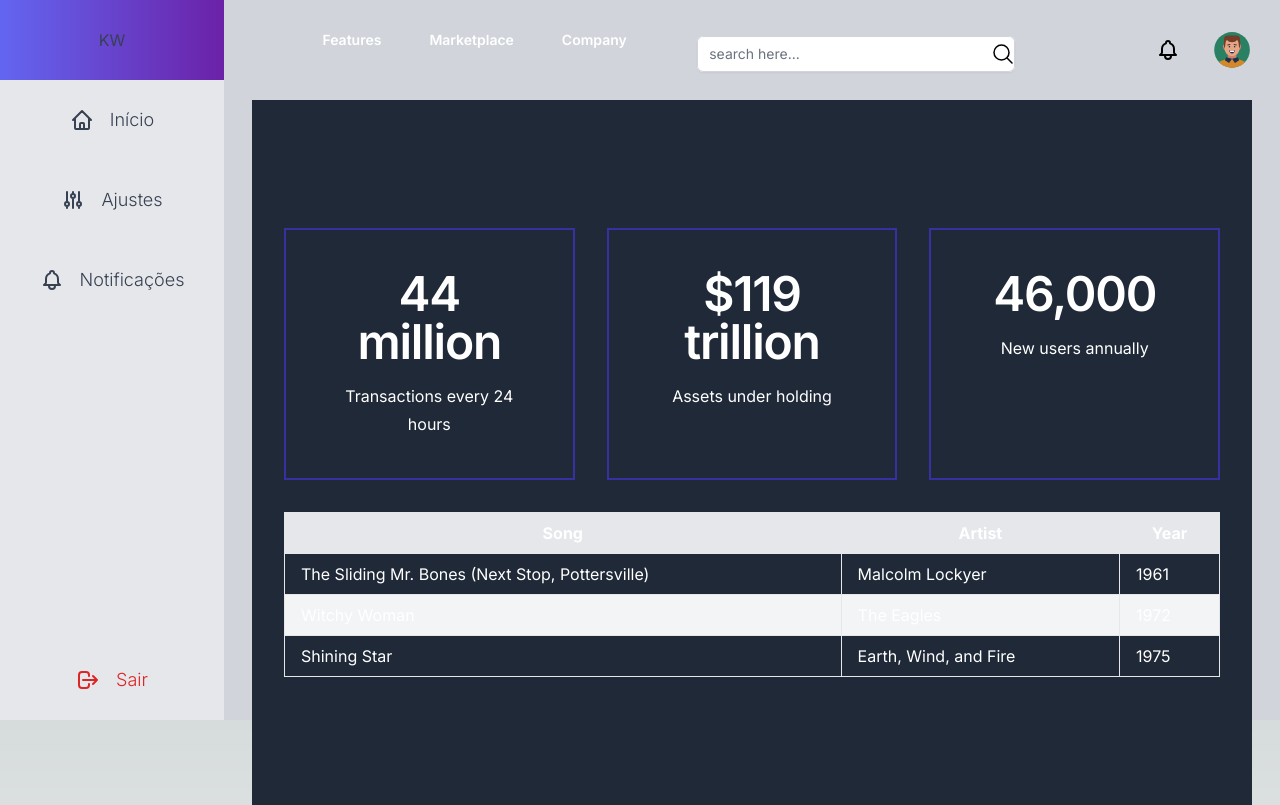
Repository: KennedyWanderson/AdminDashboard
Page: / (app in Code/admindashboard/)
An editor plug-in stored every save of this project. The page is shown before and after the next save, followed by the edit.
The browser window is 1280 px wide. The pictures show the whole page.
The project was rebuilt for these pictures with package versions that can differ from the ones it lists, and the page was loaded fresh each time. The framework's server and built-in components were replaced by stand-ins that run in the browser. Also part of the build but not shown: Code/admindashboard/next.config.mjs.

Above is the page before, as saved 2024-06-23 15:53:16.

### Code/admindashboard/src/app/layout.js
import { Inter } from "next/font/google";
import "./globals.css";

const inter = Inter({ subsets: ["latin"] });

export const metadata = {
  title: "Admin Dashboard",
  description: "Generated by Kennedy Wanderson",
};

export default function RootLayout({ children }) {
  return (
    <html lang="en">
      <body className={inter.className}>{children}</body>
    </html>
  );
}

### Code/admindashboard/src/app/page.js
import Layout from "@/components/Layout";

export default function Home() {
  return (
    <Layout>
      Content
    </Layout>
  )
}

### Code/admindashboard/src/components/Layout.jsx
"use client";

import { useState } from "react";
import Content from "./Content";
import Header from "./Header";
import LateralMenu from "./LateralMenu";
import HomePage from "./Home";


export default function Layout() {
    const [activeComponent, setActiveComponent] = useState("HomePage");

    const renderActiveComponent = () => {
        switch (activeComponent) {
            case "HomePage":
                return <HomePage />;
            default:
                return <HomePage />;
        }
    };

    return (
        <div className={`flex h-screen w-screen`}>
            <LateralMenu setActiveComponent={setActiveComponent} />
            <div className={`
                flex flex-col w-full p-7
                bg-gray-300 dark:bg-gray-800
            `}>
                <Header />
                <Content>
                    {renderActiveComponent()}
                </Content>
            </div>
        </div>
    );
}

### Code/admindashboard/src/components/Content.jsx
export default function Content({ children }) {
    return (
        <div className={`
            flex flex-col mt-7
            dark:text-gray-200
        `}>
            {children}
        </div>
    );
}

### Code/admindashboard/src/components/Header.jsx
import AvatarUsuario from "./UserAvatar";
import { IconeSearch, IconeSino } from "./icons";

export default function Header({ titulo, subtitulo }) {


    return (
        <div className={`flex`}>
            <div>
                <h1 className={`
                font-black text-3xl
                text-gray-900 dark:text-gray-100
            `}>
                    {titulo}
                </h1>
                <h2 className={`
                font-light text-sm
                dark:text-gray-300
            `}>
                    {subtitulo}
                </h2>
            </div>
            <header className="flex flex-grow justify-center text-white">
                <nav className=" justify-center" aria-label="Global">

                    <div className="hidden lg:flex lg:gap-x-12">

                        <a href="#" className="text-sm font-semibold leading-6 text-white">Features</a>
                        <a href="#" className="text-sm font-semibold leading-6 text-white">Marketplace</a>
                        <a href="#" className="text-sm font-semibold leading-6 text-white">Company</a>
                    </div>


                </nav>

            </header>
            <div>
                <div className="relative mt-2 rounded-md shadow-sm">
                    <div className="pointer-events-none absolute inset-y-0 left-0 flex items-center pl-3">
                        <span className="text-gray-500 sm:text-sm">search here...</span>
                    </div>
                    <input type="text" name="search" id="search" className="block w-full rounded-md border-0 py-1.5 pl-7 pr-20 text-gray-900 ring-1 ring-inset ring-gray-300 placeholder:text-gray-400 focus:ring-2 focus:ring-inset focus:ring-indigo-600 sm:text-sm sm:leading-6" />
                    <div className="absolute inset-y-0 right-0 flex items-center">
                        {IconeSearch}
                    </div>
                </div>
            </div>

            <div className={`flex flex-grow justify-end items-center gap-8`}>

                {IconeSino}
                <AvatarUsuario />
            </div>
        </div>
    )
}

### Code/admindashboard/src/components/LateralMenu.jsx
"use client";

import MenuItem from "./ItemMenu";
import { IconeAjustes, IconeCasa, IconeSair, IconeSino } from "./icons";

export default function LateralMenu({ setActiveComponent }) {
    return (
        <aside className={`
            flex flex-col items-center
            bg-gray-200 text-gray-700
            dark:bg-gray-900
        `}>
            <div className={`
                flex flex-col items-center justify-center
                bg-gradient-to-r from-indigo-500 to-purple-800
                h-20 w-56
            `}>
                KW
            </div>
            <ul className="flex-grow">
                <MenuItem
                    texto="Início"
                    icone={IconeCasa}
                    onClick={() => setActiveComponent('HomePage')}
                />
                <MenuItem
                    texto="Ajustes"
                    icone={IconeAjustes}
                    onClick={() => setActiveComponent('Ajustes')}
                />
                <MenuItem
                    texto="Notificações"
                    icone={IconeSino}
                    onClick={() => setActiveComponent('Notificacoes')}
                />
            </ul>
            <ul>
                <MenuItem
                    texto="Sair"
                    icone={IconeSair}
                    className={`
                        text-red-600 dark:text-red-400
                        hover:bg-red-400 hover:text-white
                        dark:hover:text-white
                    `}
                />
            </ul>
        </aside>
    );
}

### Code/admindashboard/src/components/Home.jsx
export default function HomePage() {
    return (
        <div className="py-24 sm:py-32 bg-gray-800">
            <div className="mx-auto max-w-7xl px-6 lg:px-8">
                <dl className="grid grid-cols-1 gap-x-8 gap-y-16 text-center lg:grid-cols-3">
                    <div className="mx-auto flex max-w-xs flex-col w-full border-2 p-10 border-indigo-800 gap-y-4">
                        <dt className="text-base leading-7 text-white">Transactions every 24 hours</dt>
                        <dd className="order-first text-3xl font-semibold tracking-tight text-white sm:text-5xl">44 million</dd>
                    </div>
                    <div className="mx-auto flex max-w-xs flex-col w-full border-2 p-10 border-indigo-800 gap-y-4">
                        <dt className="text-base leading-7 text-white">Assets under holding</dt>
                        <dd className="order-first text-3xl font-semibold tracking-tight text-white sm:text-5xl">$119 trillion</dd>
                    </div>
                    <div className="mx-auto flex max-w-xs flex-col w-full border-2 p-10 border-indigo-800 gap-y-4">
                        <dt className="text-base leading-7 text-white">New users annually</dt>
                        <dd className="order-first text-3xl font-semibold tracking-tight text-white sm:text-5xl">46,000</dd>
                    </div>
                </dl>

                <table className="table-auto w-full mt-8 text-white">
                    <thead>
                        <tr className="bg-gray-200">
                            <th className="px-4 py-2 border">Song</th>
                            <th className="px-4 py-2 border">Artist</th>
                            <th className="px-4 py-2 border">Year</th>
                        </tr>
                    </thead>
                    <tbody>
                        <tr className="even:bg-gray-100">
                            <td className="px-4 py-2 border">The Sliding Mr. Bones (Next Stop, Pottersville)</td>
                            <td className="px-4 py-2 border">Malcolm Lockyer</td>
                            <td className="px-4 py-2 border">1961</td>
                        </tr>
                        <tr className="even:bg-gray-100">
                            <td className="px-4 py-2 border">Witchy Woman</td>
                            <td className="px-4 py-2 border">The Eagles</td>
                            <td className="px-4 py-2 border">1972</td>
                        </tr>
                        <tr className="even:bg-gray-100">
                            <td className="px-4 py-2 border">Shining Star</td>
                            <td className="px-4 py-2 border">Earth, Wind, and Fire</td>
                            <td className="px-4 py-2 border">1975</td>
                        </tr>
                    </tbody>
                </table>
            </div>
        </div>
    )
}

### Code/admindashboard/src/components/UserAvatar.jsx


export default function AvatarUsuario({className}) {
    return (
            <img
                src={'/images/avatar.svg'}
                alt="Avatar do Usuário"
                className={`
                    h-10 w-10 rounded-full cursor-pointer
                    ${className}
                `}
            />

    )
}

### Code/admindashboard/src/components/icons/index.jsx
// Pra mais icones acessar... https://heroicons.com/

export const IconeSearch = (
    <svg xmlns="http://www.w3.org/2000/svg" fill="none" viewBox="0 0 24 24" strokeWidth={1.5} stroke="currentColor" className="size-6">
  <path strokeLinecap="round" strokeLinejoin="round" d="m21 21-5.197-5.197m0 0A7.5 7.5 0 1 0 5.196 5.196a7.5 7.5 0 0 0 10.607 10.607Z" />
</svg>


)

export const IconeCasa = (
    <svg xmlns="http://www.w3.org/2000/svg" className="h-6 w-6" fill="none" viewBox="0 0 24 24" stroke="currentColor">
        <path strokeLinecap="round" strokeLinejoin="round" strokeWidth={2} d="M3 12l2-2m0 0l7-7 7 7M5 10v10a1 1 0 001 1h3m10-11l2 2m-2-2v10a1 1 0 01-1 1h-3m-6 0a1 1 0 001-1v-4a1 1 0 011-1h2a1 1 0 011 1v4a1 1 0 001 1m-6 0h6" />
    </svg>
)

export const IconeAjustes = (
    <svg xmlns="http://www.w3.org/2000/svg" className="h-6 w-6" fill="none" viewBox="0 0 24 24" stroke="currentColor">
        <path strokeLinecap="round" strokeLinejoin="round" strokeWidth={2} d="M12 6V4m0 2a2 2 0 100 4m0-4a2 2 0 110 4m-6 8a2 2 0 100-4m0 4a2 2 0 110-4m0 4v2m0-6V4m6 6v10m6-2a2 2 0 100-4m0 4a2 2 0 110-4m0 4v2m0-6V4" />
    </svg>
)

export const IconeSino = (
    <svg xmlns="http://www.w3.org/2000/svg" className="h-6 w-6" fill="none" viewBox="0 0 24 24" stroke="currentColor">
        <path strokeLinecap="round" strokeLinejoin="round" strokeWidth={2} d="M15 17h5l-1.405-1.405A2.032 2.032 0 0118 14.158V11a6.002 6.002 0 00-4-5.659V5a2 2 0 10-4 0v.341C7.67 6.165 6 8.388 6 11v3.159c0 .538-.214 1.055-.595 1.436L4 17h5m6 0v1a3 3 0 11-6 0v-1m6 0H9" />
    </svg>
)

export const IconeSair = (
    <svg xmlns="http://www.w3.org/2000/svg" className="h-6 w-6" fill="none" viewBox="0 0 24 24" stroke="currentColor">
        <path strokeLinecap="round" strokeLinejoin="round" strokeWidth={2} d="M17 16l4-4m0 0l-4-4m4 4H7m6 4v1a3 3 0 01-3 3H6a3 3 0 01-3-3V7a3 3 0 013-3h4a3 3 0 013 3v1" />
    </svg>
)

export const IconeSol = (tamanho = 6) => (
    <svg xmlns="http://www.w3.org/2000/svg" className={`h-${tamanho} w-${tamanho}`} fill="none" viewBox="0 0 24 24" stroke="currentColor">
        <path strokeLinecap="round" strokeLinejoin="round" strokeWidth={2} d="M12 3v1m0 16v1m9-9h-1M4 12H3m15.364 6.364l-.707-.707M6.343 6.343l-.707-.707m12.728 0l-.707.707M6.343 17.657l-.707.707M16 12a4 4 0 11-8 0 4 4 0 018 0z" />
    </svg>
)

export const IconeLua = (tamanho = 6) => (
    <svg xmlns="http://www.w3.org/2000/svg" className={`h-${tamanho} w-${tamanho}`} fill="none" viewBox="0 0 24 24" stroke="currentColor">
        <path strokeLinecap="round" strokeLinejoin="round" strokeWidth={2} d="M20.354 15.354A9 9 0 018.646 3.646 9.003 9.003 0 0012 21a9.003 9.003 0 008.354-5.646z" />
    </svg>
)

export const IconeAtencao = (tamanho = 1) => (
    <svg xmlns="http://www.w3.org/2000/svg" className={`h-${tamanho} w-${tamanho}`} fill="none" viewBox="0 0 24 24" stroke="currentColor">
        <path strokeLinecap="round" strokeLinejoin="round" strokeWidth={2} d="M12 9v2m0 4h.01m-6.938 4h13.856c1.54 0 2.502-1.667 1.732-3L13.732 4c-.77-1.333-2.694-1.333-3.464 0L3.34 16c-.77 1.333.192 3 1.732 3z" />
    </svg>
)

### Code/admindashboard/src/components/ItemMenu.jsx

export default function MenuItem({ texto, icone, url, className, onClick }) {
    function renderizarLink() {
        return (
            <div className={`
                flex justify-center items-center
                h-20 w-56 gap-4
                dark:text-gray-200
                ${className}
            `}>
                {icone}
                <span className="text-lg font-light">
                    {texto}
                </span>
            </div>
        );
    }

    return (
        <li
            onClick={onClick}
            className={`
                hover:bg-gray-100 dark:hover:bg-gray-800
                cursor-pointer
            `}
        >
            {url ? (
                <a href={url}>
                    {renderizarLink()}
                </a>
            ) : (
                renderizarLink()
            )}
        </li>
    );
}

Loaded but not shown: Code/admindashboard/src/app/globals.css (common file); Code/admindashboard/tailwind.config.js (common file)

After the next save:
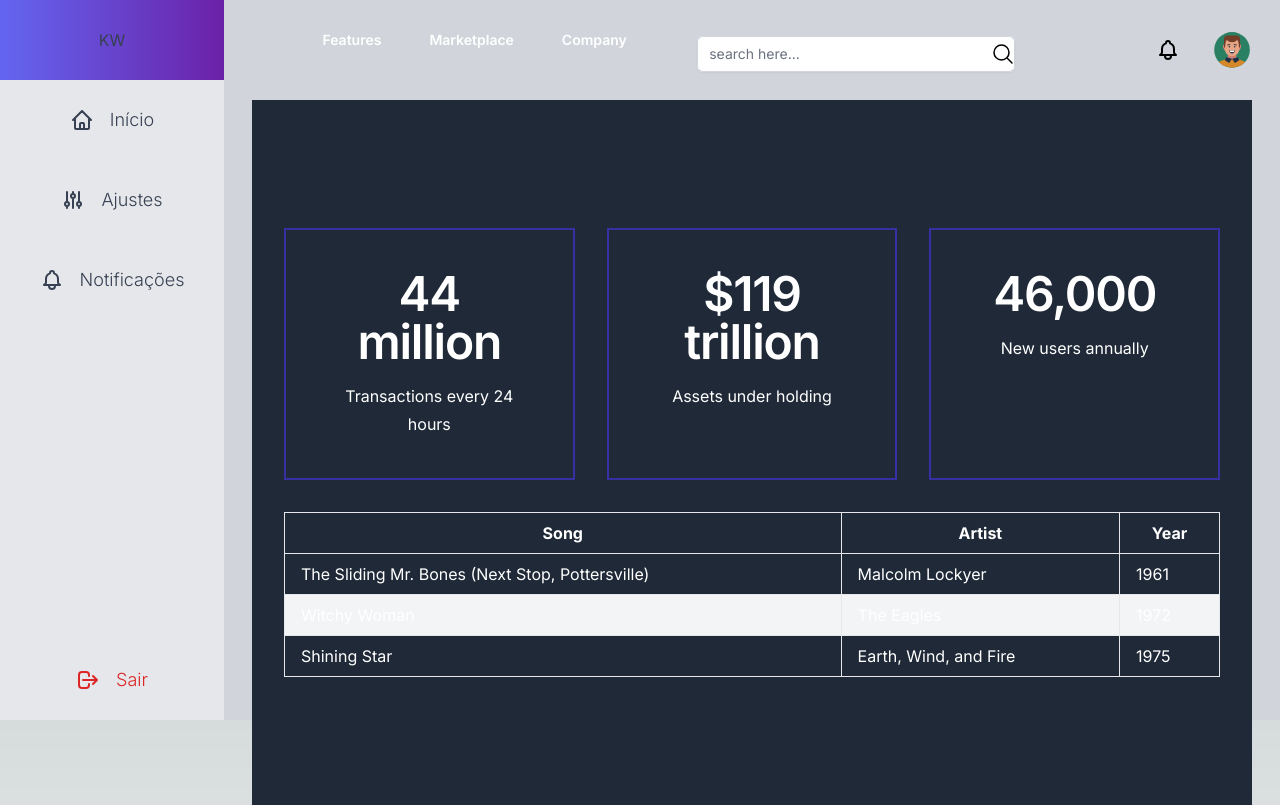
Saved 16 s later.
--- a/Code/admindashboard/src/components/Home.jsx
+++ b/Code/admindashboard/src/components/Home.jsx
@@ -19,7 +19,7 @@ export default function HomePage() {
 
                 <table className="table-auto w-full mt-8 text-white">
                     <thead>
-                        <tr className="bg-gray-200">
+                        <tr className="">
                             <th className="px-4 py-2 border">Song</th>
                             <th className="px-4 py-2 border">Artist</th>
                             <th className="px-4 py-2 border">Year</th>
